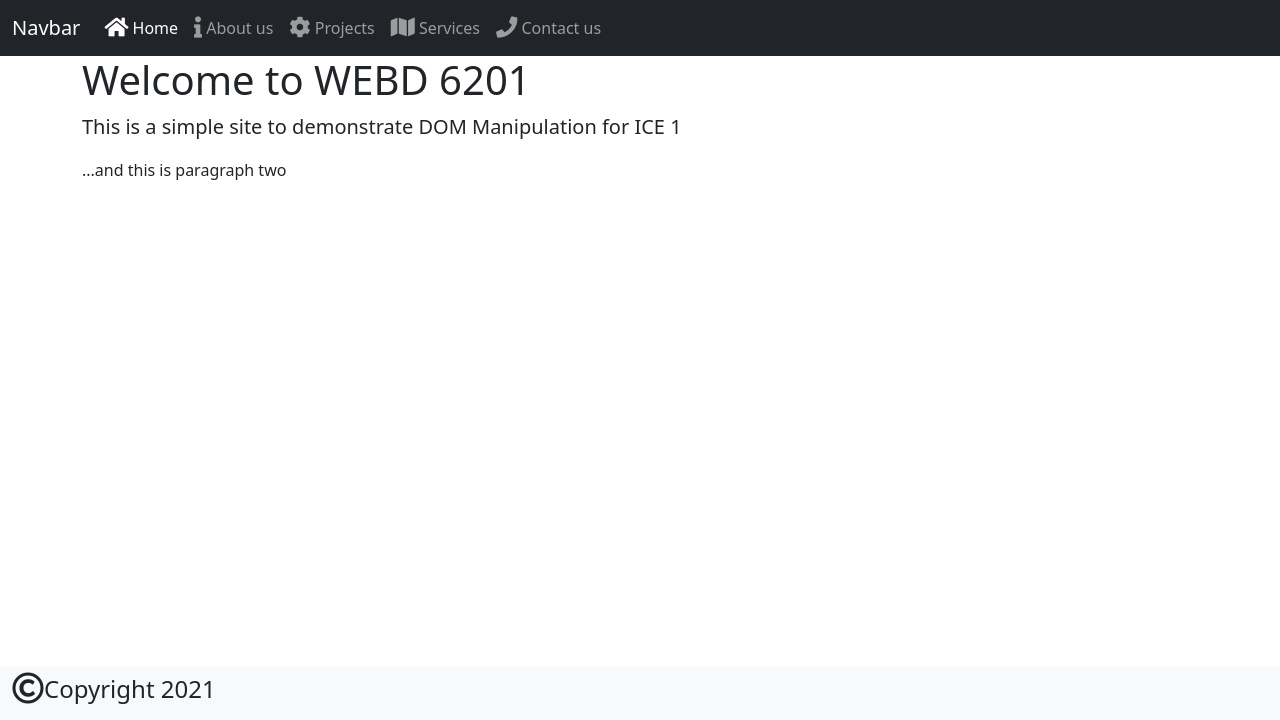
Repository: Hasib001/WEBD6201---W2021---ICE-1
Page: index.html
The author's editor kept a copy of each file at every save. The page is drawn from the files as they stood at one save, then again after the next save.
The browser window is 1280 px wide. The pictures show the whole page.

Above is the page before, as saved 2021-02-06 13:35:34.
Console error: ReferenceError: paragraphThree is not defined

After the next save:
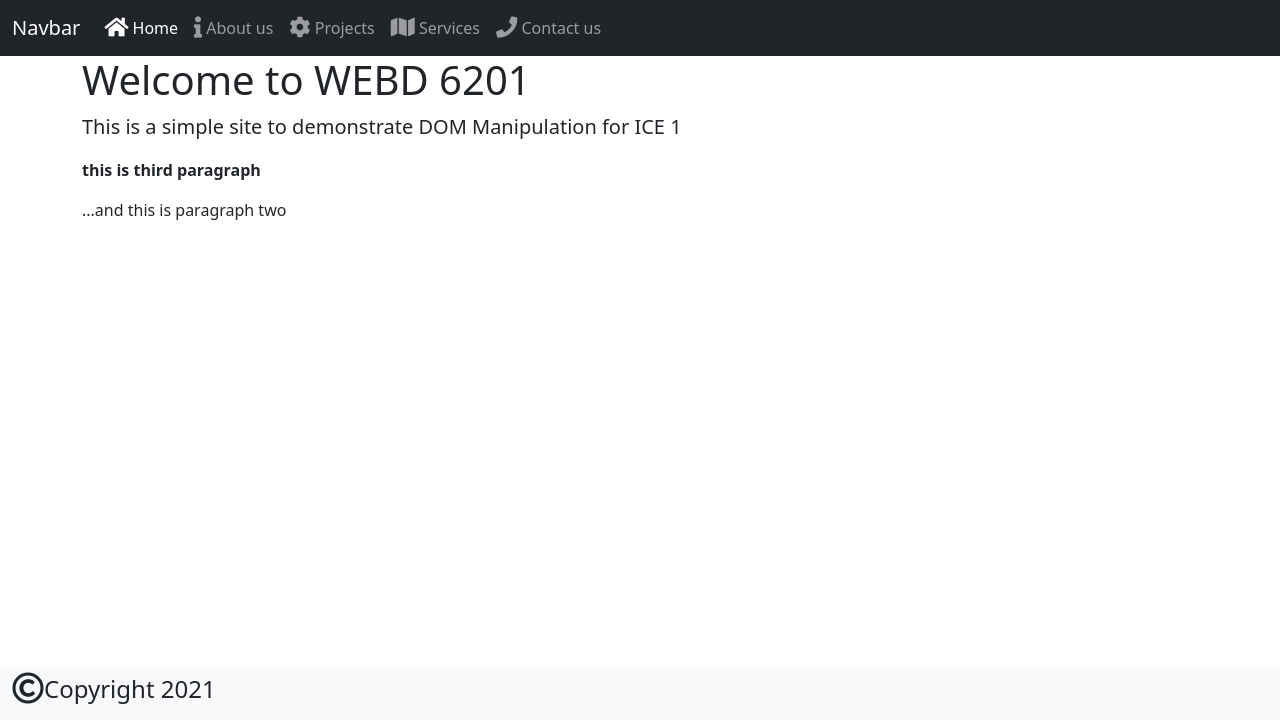
The error is gone.
Saved 83 s later.
--- a/Scripts/app.js
+++ b/Scripts/app.js
@@ -36,7 +36,7 @@
 
 
         let paragraphDiv = document.createElement('div');
-        let paragraph3 = '<p id="paragraphThree" class="fs-7 fw-bold">this is third paragraph</P>';
+        let paragraphThree = '<p id="paragraphThree" class="fs-7 fw-bold">this is third paragraph</P>';
          paragraphDiv.innerHTML=paragraphThree;
 
 
